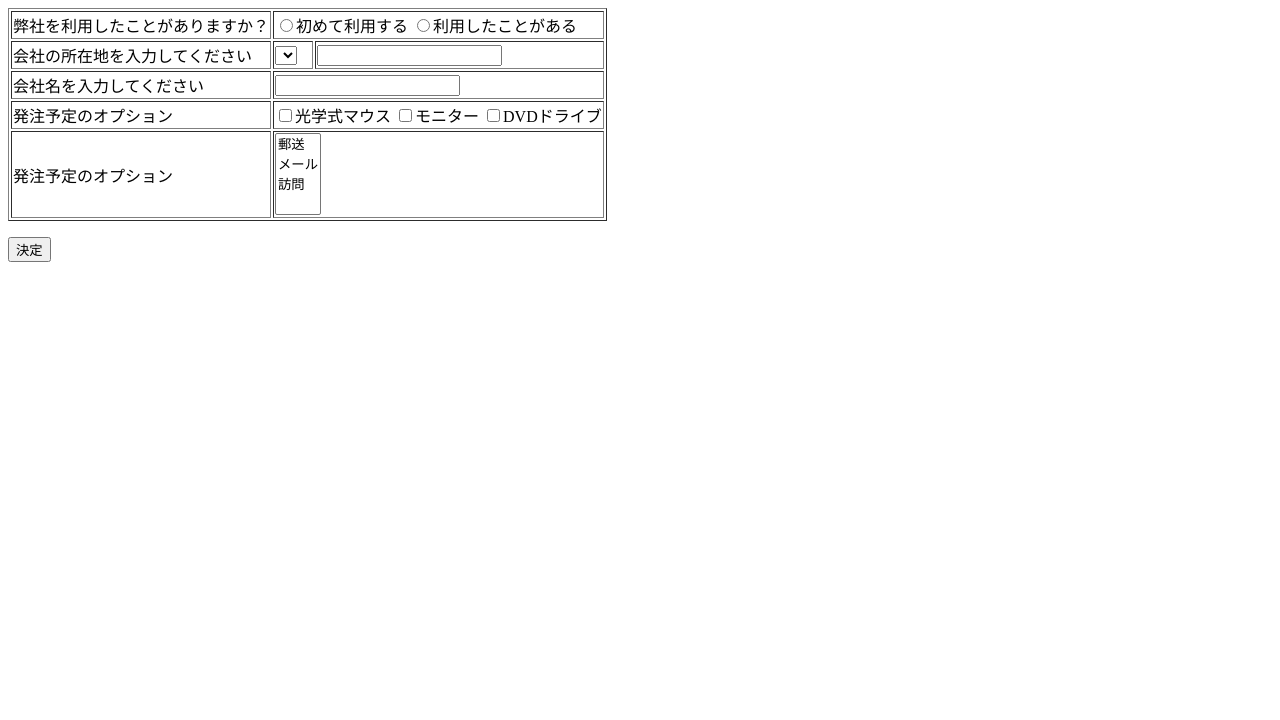
Repository: ict20215/ict
Page: http://localhost/test/jsp/Rei08_request.jsp
These files come from the project's save history. The page is drawn as it stood at one moment and after the next save; the edit follows.
The browser window is 1280 px wide. The pictures show the whole page.
The page is served by Tomcat 9. Other server files are loaded and not shown.

Above is the page before, as saved 2021-10-20 05:40:34.

### test/WebContent/jsp/Rei08_request.jsp
<%@ page contentType="text/html; charset=UTF-8"%>
<%@ taglib uri="http://java.sun.com/jsp/jstl/core" prefix="s" %>
<!DOCTYPE html>
<html>
<head>
<meta http-equiv="content-type" content="text/html; charset=UTF-8">
<title>rei08_request.jsp</title>
</head>
<body>

	<form action="../a" method="POST">
		<table border="1">
			<tr>
				<td>弊社を利用したことがありますか？</td>
				<td colspan="2"><input type="radio" name="sei" value="初めて利用する">初めて利用する <input
					type="radio" name="sei" value="利用したことがある">利用したことがある</td>
			</tr>
			<tr>
				<td>会社の所在地を入力してください</td>
				<td>
				    <select name="nen">
							<option value="東京都"></option>
							<option value="埼玉県"></option>
                    </select>
        		</td>
        		<td>
					<input type="text" name="tokoro" value="">
        		</td>
			</tr>
			<tr>
				<td>会社名を入力してください</td>
				<td colspan="2">
					<input type="text" name="mosidoki" value="">
				</td>
			</tr>
			<tr>
				<td>発注予定のオプション</td>
				<td colspan="2">
					<input type="checkbox" name="mosidoki" value="パンフレット">光学式マウス
					<input type="checkbox" name="mosidoki" value="ホームページ">モニター
					<input type="checkbox" name="mosidoki" value="会社指示">DVDドライブ
				</td>

			</tr>
			<tr>
				<td>発注予定のオプション</td>
				<td colspan="2">
					<select name="seminar" multiple="multiple">
						<option value="Javaデザインパターン">郵送</option>
						<option value="Spring">メール</option>
						<option value="JSF">訪問</option>
					</select>
				</td>

			</tr>
		</table>
		<p>
			<input type="submit" value="決定">
		</p>
	</form>
</body>
</html>

After the next save:
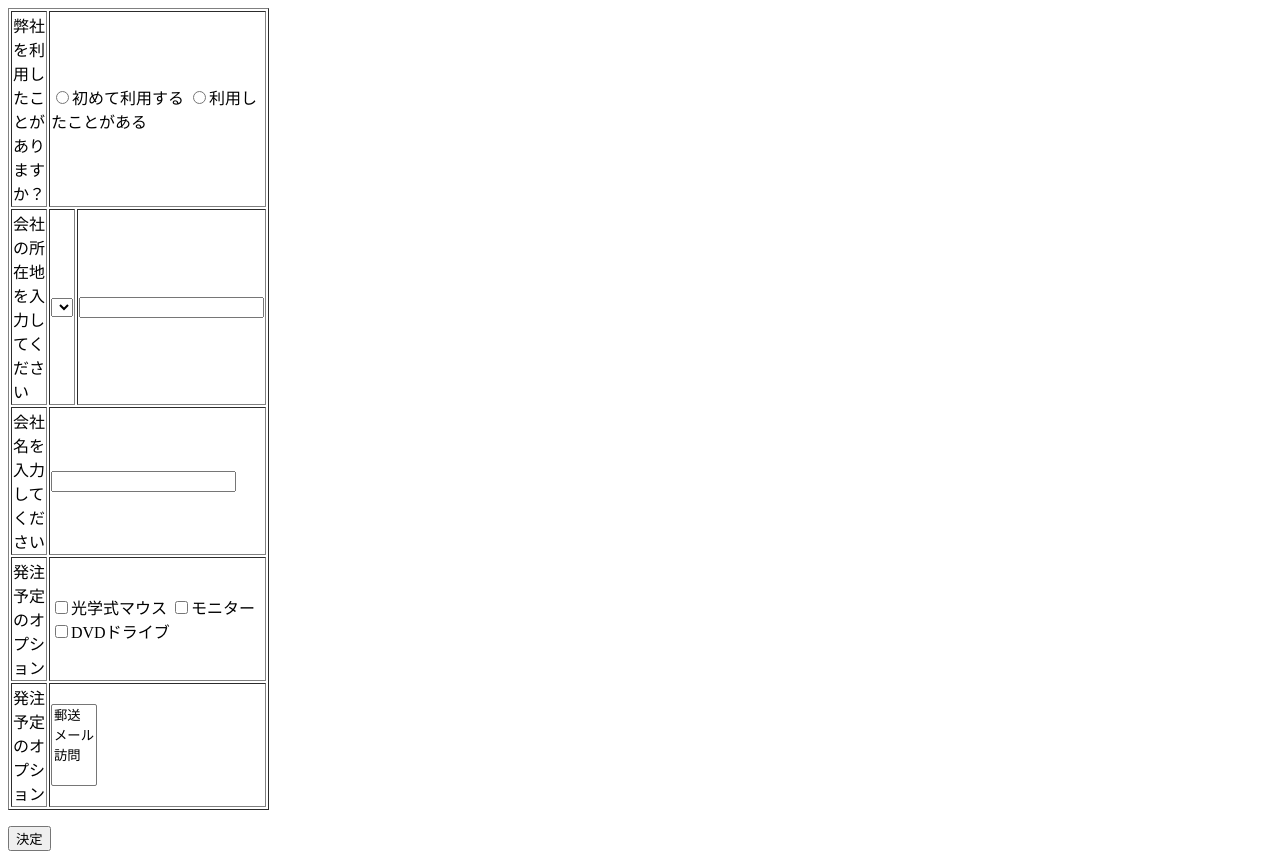
Saved 33 s later.
--- a/test/WebContent/jsp/Rei08_request.jsp
+++ b/test/WebContent/jsp/Rei08_request.jsp
@@ -9,7 +9,7 @@
 <body>
 
 	<form action="../a" method="POST">
-		<table border="1">
+		<table border="1" width="80">
 			<tr>
 				<td>弊社を利用したことがありますか？</td>
 				<td colspan="2"><input type="radio" name="sei" value="初めて利用する">初めて利用する <input

After the 3 saves that followed:
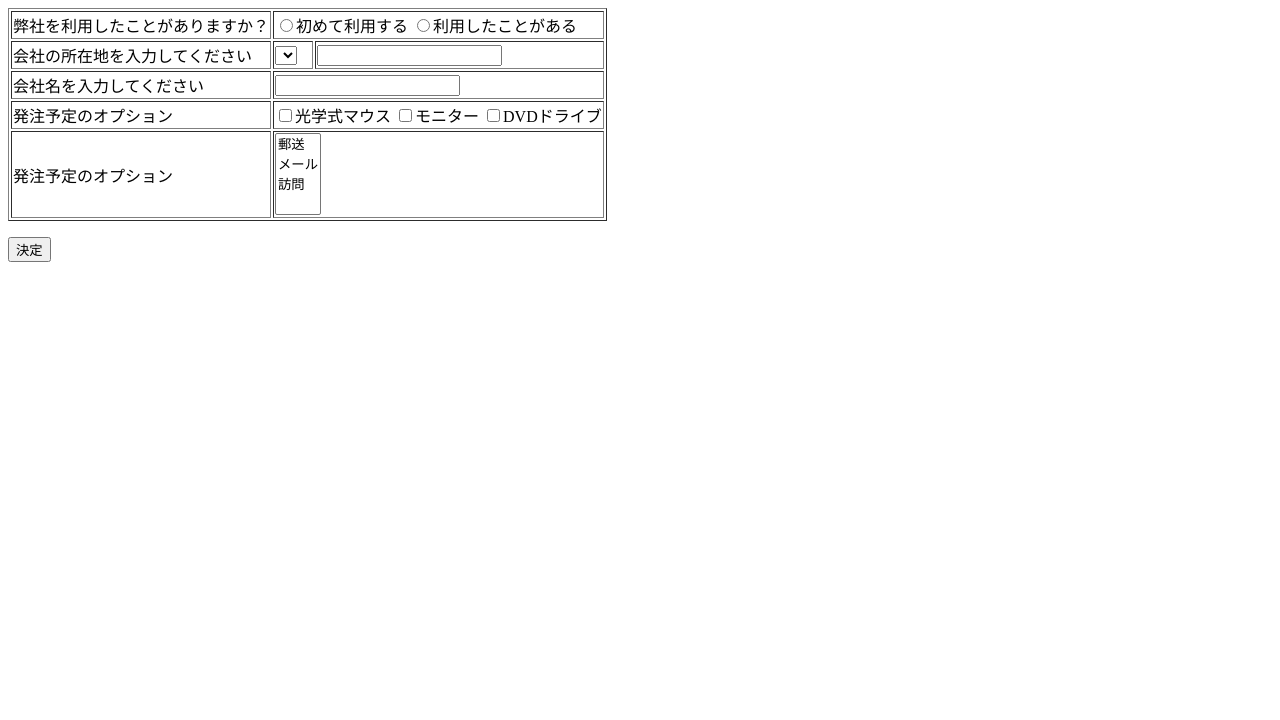
The 3 saves are shown as one change because 2 left the picture as it was.
The last was saved 62 s later.
--- a/test/WebContent/jsp/Rei08_request.jsp
+++ b/test/WebContent/jsp/Rei08_request.jsp
@@ -9,7 +9,7 @@
 <body>
 
 	<form action="../a" method="POST">
-		<table border="1" width="80">
+		<table border="1" width="">
 			<tr>
 				<td>弊社を利用したことがありますか？</td>
 				<td colspan="2"><input type="radio" name="sei" value="初めて利用する">初めて利用する <input
